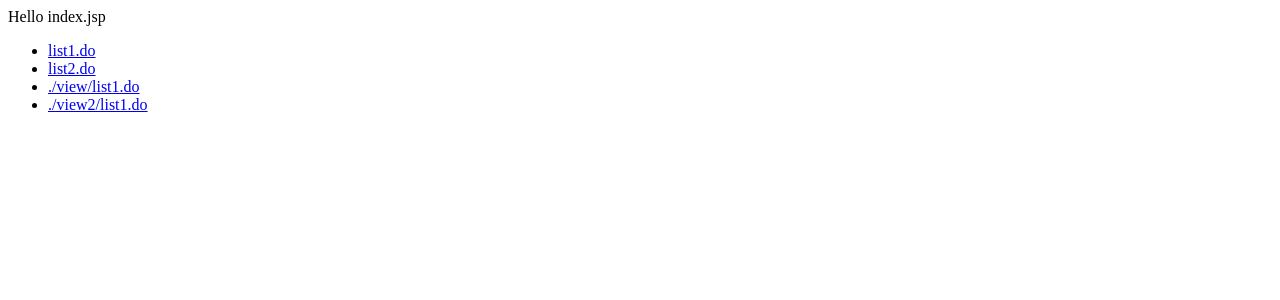
Repository: Doyun9710/spring_basic
Page: http://localhost/WebEx03/
An editor plug-in stored every save of this project. The page is shown before and after the next save, followed by the edit.
The browser window is 1280 px wide. The pictures show the whole page.
The page is served by Tomcat 9.

Above is the page before, as saved 2023-11-21 00:52:11.

After the next save:
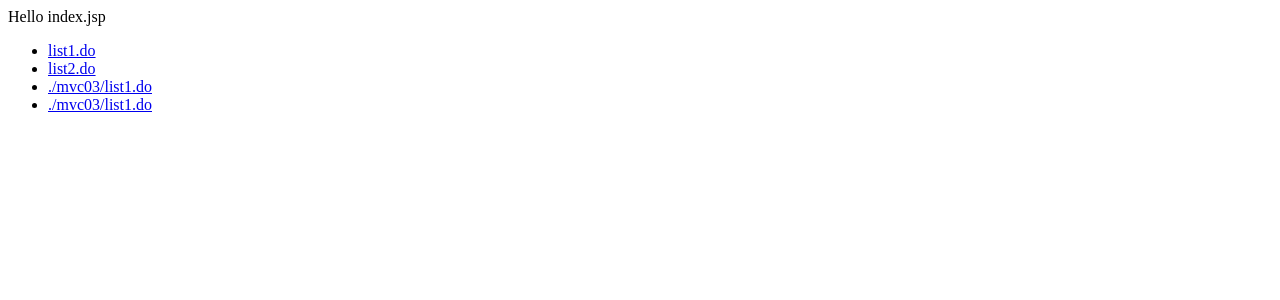
Saved 24 s later.
--- a/spring-workspace/WebEx03/src/main/webapp/index.jsp
+++ b/spring-workspace/WebEx03/src/main/webapp/index.jsp
@@ -13,8 +13,8 @@ Hello index.jsp<br />
 <ul>
 	<li><a href="./list1.do">list1.do</a></li>
 	<li><a href="./list2.do">list2.do</a></li>
-	<li><a href="./view/list1.do">./view/list1.do</a></li>
-	<li><a href="./view2/list1.do">./view2/list1.do</a></li>
+	<li><a href="./mvc03/list1.do">./mvc03/list1.do</a></li>
+	<li><a href="./mvc03/list2.do">./mvc03/list1.do</a></li>
 </ul>
 
 </body>
